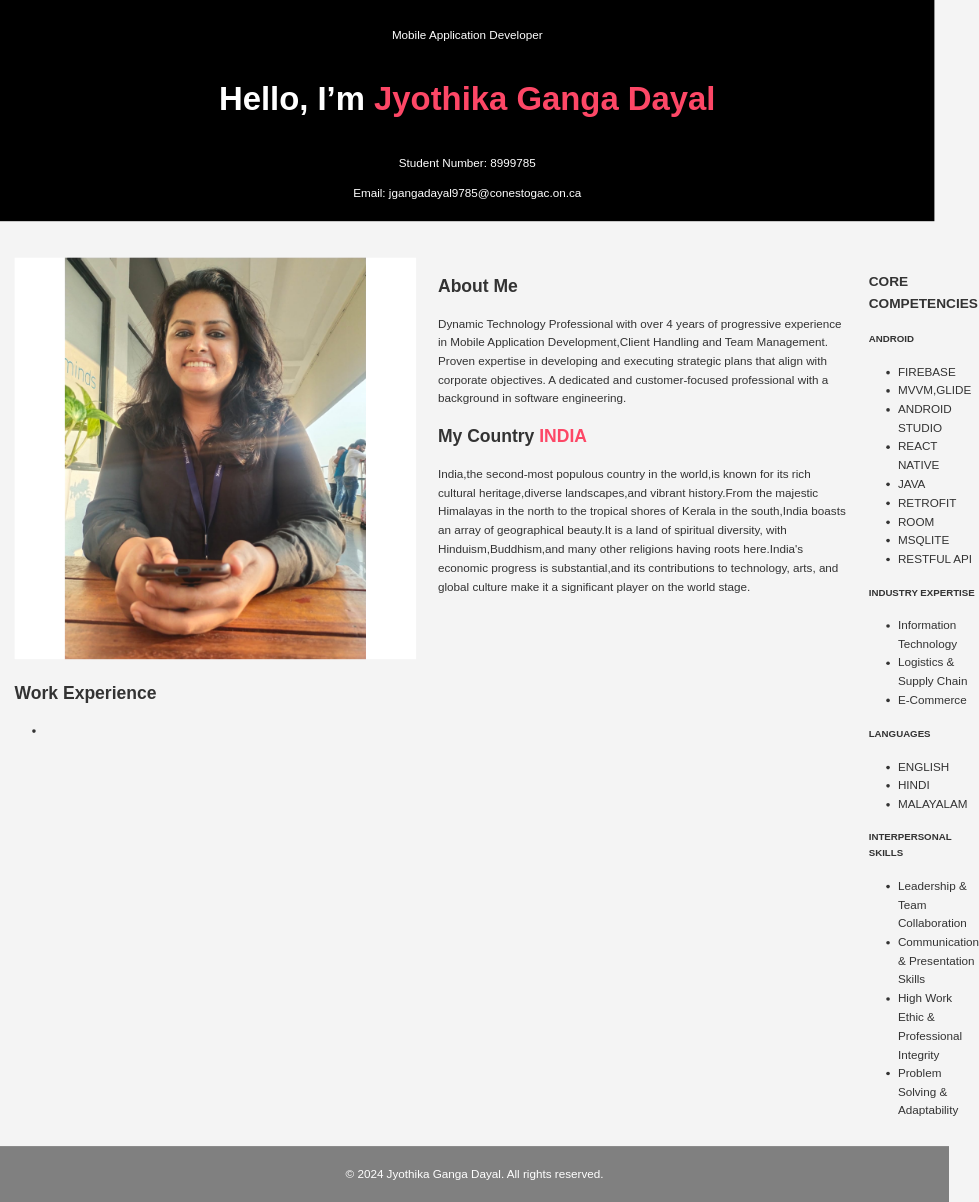
Repository: jyothika123/portfolio
Page: index.html
The author's editor kept a copy of each file at every save. The page is drawn from the files as they stood at one save, then again after the next save.
The browser window is 1280 px wide. The page is 1341 px wide, so the pictures cover 1341 px, including what lies to the right of the window. The pictures show the whole page, at 73% of full size.
Pictures or frames that could not be fetched are drawn as grey boxes.

Above is the page before, as saved 2024-09-22 19:38:56.

### index.html
<!DOCTYPE html>
<html lang="en">
<head>
    <meta charset="UTF-8">
    <meta name="viewport" content="width=device-width, initial-scale=1.0">
    <link rel="stylesheet" href="css/style.css">
    <title>Jyothika Ganga Dayal</title>
</head>
<body>
    <header>
        <div class="content">
            <br>
            <span class="title">Mobile Application Developer</span>
            <h1>Hello, I’m <span>Jyothika Ganga Dayal</span></h1>
            <p>Student Number: 8999785</p>
            <p>Email: jgangadayal9785@conestogac.on.ca</p>
        </div>
    </header>
    <main>
        <section class="box">
            <section class="bio">
                <div>
                    <img src="images/image.PNG" alt="A photo representing me" class="profile">
                    <div class="expereience">
                        <h2>Work Experience</h2>
                        <ul>
                            <li></li>
                        </ul>
                    </div>
                </div>
                <div>
                    <h2>About Me</h2>
                    <p>Dynamic Technology Professional with over 4 years of progressive experience
                        in Mobile Application Development,Client Handling and Team Management. Proven
                        expertise in developing and executing strategic plans that align with
                        corporate objectives. A dedicated and customer-focused professional with a
                        background in software engineering. </p>
                    <h2>My Country <span class="country">INDIA</span> </h2>
                    <p>India,the second-most populous country in the world,is known for its rich cultural heritage,diverse landscapes,and vibrant history.From the majestic Himalayas in the north to the tropical shores of Kerala in the south,India boasts an array of geographical beauty.It is a land of spiritual diversity, with Hinduism,Buddhism,and many other religions having roots here.India's economic progress is substantial,and its contributions to technology, arts, and global culture make it a significant player on the world stage.</p>
                    <iframe width="560" height="315" src="https://www.youtube.com/embed/S-A1upowdJI?si=CN6QXoWvff-tpz_o" title="YouTube video player" frameborder="0" allow="accelerometer; autoplay; clipboard-write; encrypted-media; gyroscope; picture-in-picture; web-share" referrerpolicy="strict-origin-when-cross-origin" allowfullscreen></iframe>
                </div>

            </section>

            <section>
                <h3>CORE COMPETENCIES</h3>
                <h5>ANDROID </h5>
                <ul>
                    <li>FIREBASE</li>
                    <li>MVVM,GLIDE</li>
                    <li>ANDROID STUDIO</li>
                    <li>REACT NATIVE</li>
                    <li>JAVA</li>
                    <li>RETROFIT</li>
                    <li>ROOM</li>
                    <li>MSQLITE</li>
                    <li>RESTFUL API</li>
                </ul>
                <h5>INDUSTRY EXPERTISE</h5>
                <ul>
                    <li>Information Technology</li>
                    <li>Logistics & Supply Chain</li>
                    <li>E-Commerce</li>
                </ul>
                <h5>LANGUAGES</h5>
                <ul>
                    <li>ENGLISH</li>
                    <li>HINDI</li>
                    <li>MALAYALAM</li>
                </ul>
                <h5>INTERPERSONAL SKILLS</h5>
                <ul>
                    <li>Leadership & Team Collaboration</li>
                    <li>Communication & Presentation Skills</li>
                    <li> High Work Ethic & Professional Integrity</li>
                    <li>Problem Solving & Adaptability</li>
                </ul>
            </section>
            <!-- <section class="country">
                <h2>Your Country</h2>
                <p>A brief paragraph about your country.</p>
                <iframe width="560" height="315" src="https://www.youtube.com/embed/your_video_id"
                        title="Interesting video about me/country/skills"
                        frameborder="0" allowfullscreen></iframe>
            </section> -->
        </section>

    </main>
    <footer>
        <p>&copy; 2024 Jyothika Ganga Dayal. All rights reserved.</p>
    </footer>
</body>
</html>

### css/style.css


body {
    font-family: Arial, sans-serif;
    line-height: 1.6;
    margin: 0;
    padding: 0;
    color: #333;
    background-color: #f4f4f4;
}

header {
    background: #000000;
    color: #fff;
    padding: 10px;
    text-align: center;
}

main {
    display: flex;
    justify-content: space-between;
    padding: 20px;
}

.bio {
    display: grid;
    grid-template-columns: 1fr 3fr;
    gap:30px;
}

.country {
    flex: 3;
}

footer {
    background: grey;
    color: #fff;
    text-align: center;
    padding: 10px ;
    position: relative;
    bottom: 0;
    width: 100%;
}

.profile{
    width:550px;
    height: 550px;
}

.content h1 {
    color: #ffffff;
    font-size: 45px;
    font-weight: 900;
    line-height: 90px;
    text-transform: inherit;
    width: 100%;
  }
  .content h1 span {
    color: #fd4766;
  }
  .content p {
    width: 100%;
    color: #ffffff;
    margin-top: 5px;
    margin-bottom: 15px;
  }
  .box{
    margin-top: 30px;
    display: grid;
    grid-template-columns: 3.2fr 0.8fr;
    gap:30px;
  }
  .country{
    color: #fd4766;
  }
  .experience{
    margin-left: 30px;
  }

After the next save:
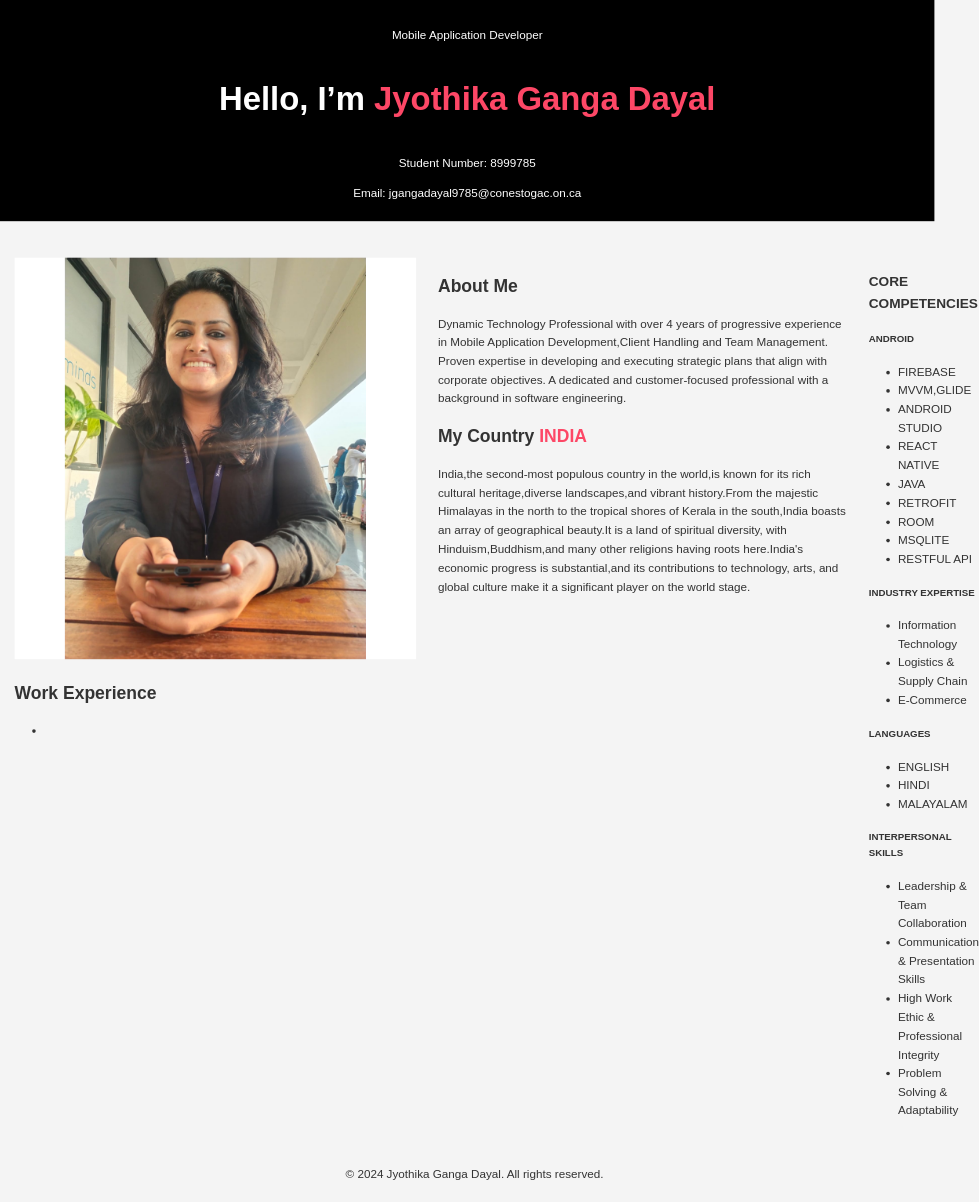
Saved 113 s later.
--- a/css/style.css
+++ b/css/style.css
@@ -33,7 +33,7 @@ main {
 }
 
 footer {
-    background: grey;
+    background: #fd4766
     color: #fff;
     text-align: center;
     padding: 10px ;
